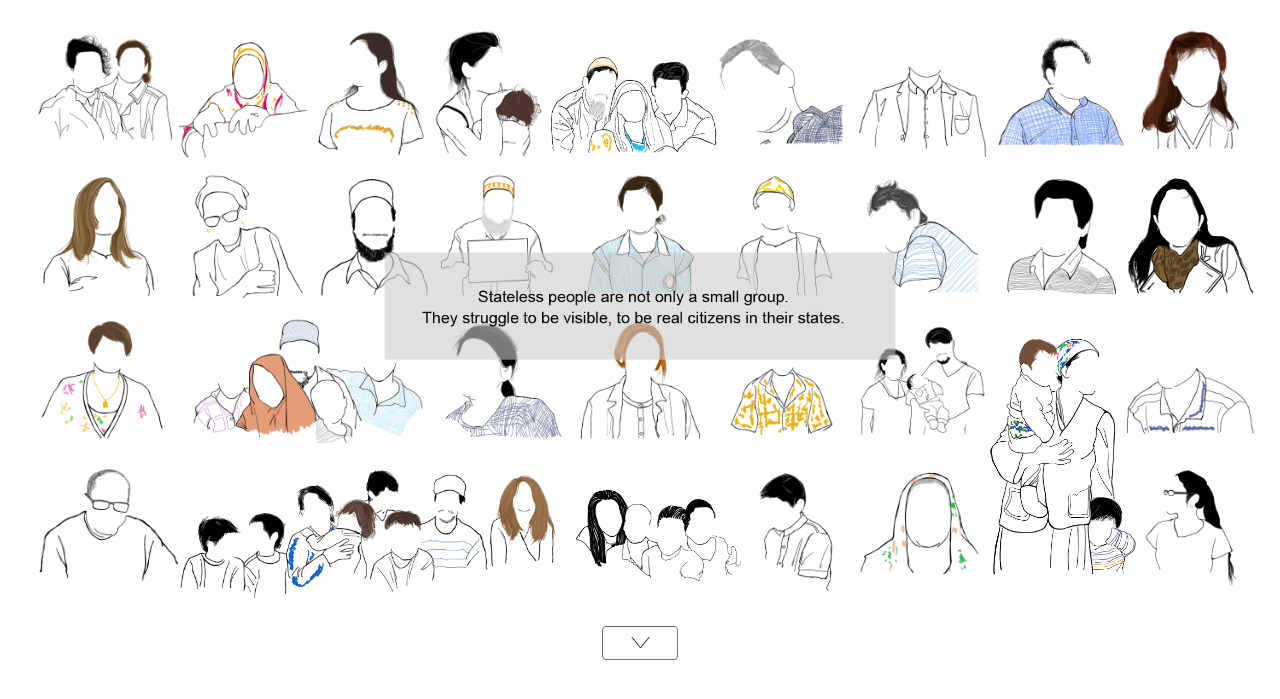
Repository: Lettie123/webpr4
Page: 02.html
These files come from the project's save history. The page is drawn as it stood at one moment and after the next save; the edit follows.
The browser window is 1280 px wide. The pictures show the whole page.

Above is the page before, as saved 2020-12-03 13:03:55.

After the next save:
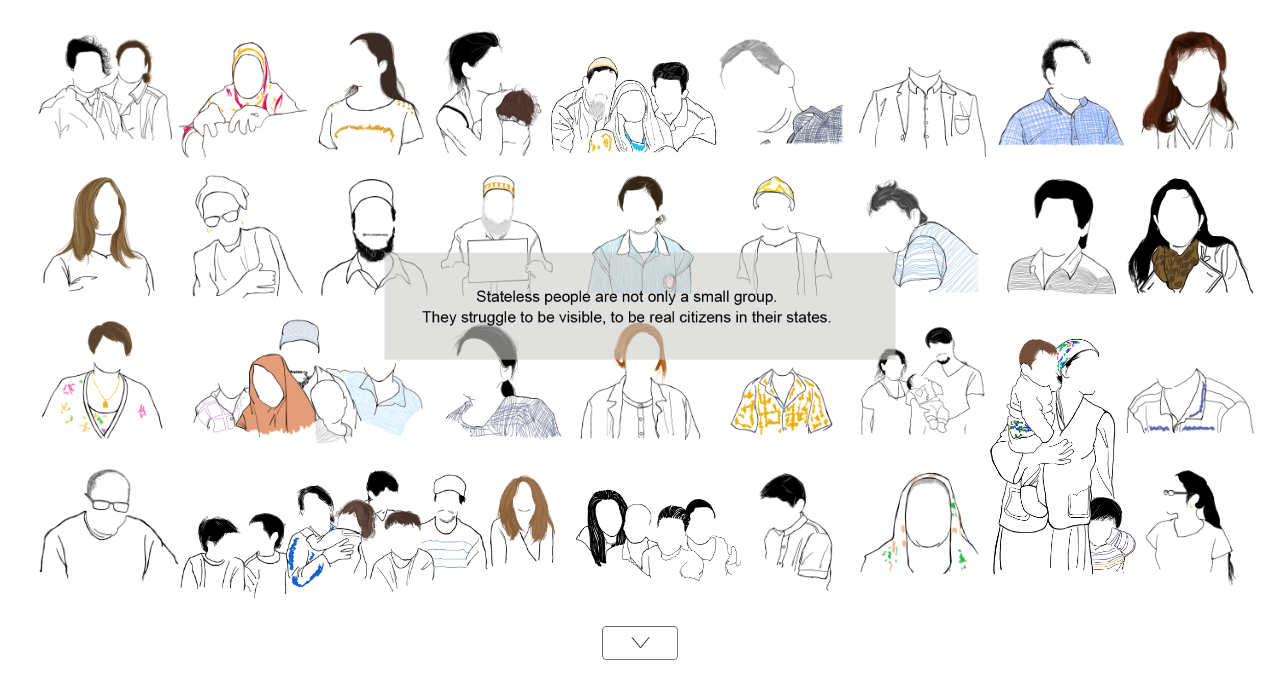
Saved 10 s later.
--- a/02.html
+++ b/02.html
@@ -118,7 +118,7 @@
             <div id="block" style= "width:40%; height:20%; position:absolute; top: 35%; left: 30%;">
                 <img src="txt/block.png" style="width:100%;">
             </div>
-            <div id="t1" style= "width:33%; height:15%; position:absolute; top: 80%; left: 33%;">
+            <div id="t1" style= "width:32%; height:15%; position:absolute; top: 80%; left: 33%;">
                 <img src="txt/h02.png" style="width:100%;">
             </div>
          </div>
